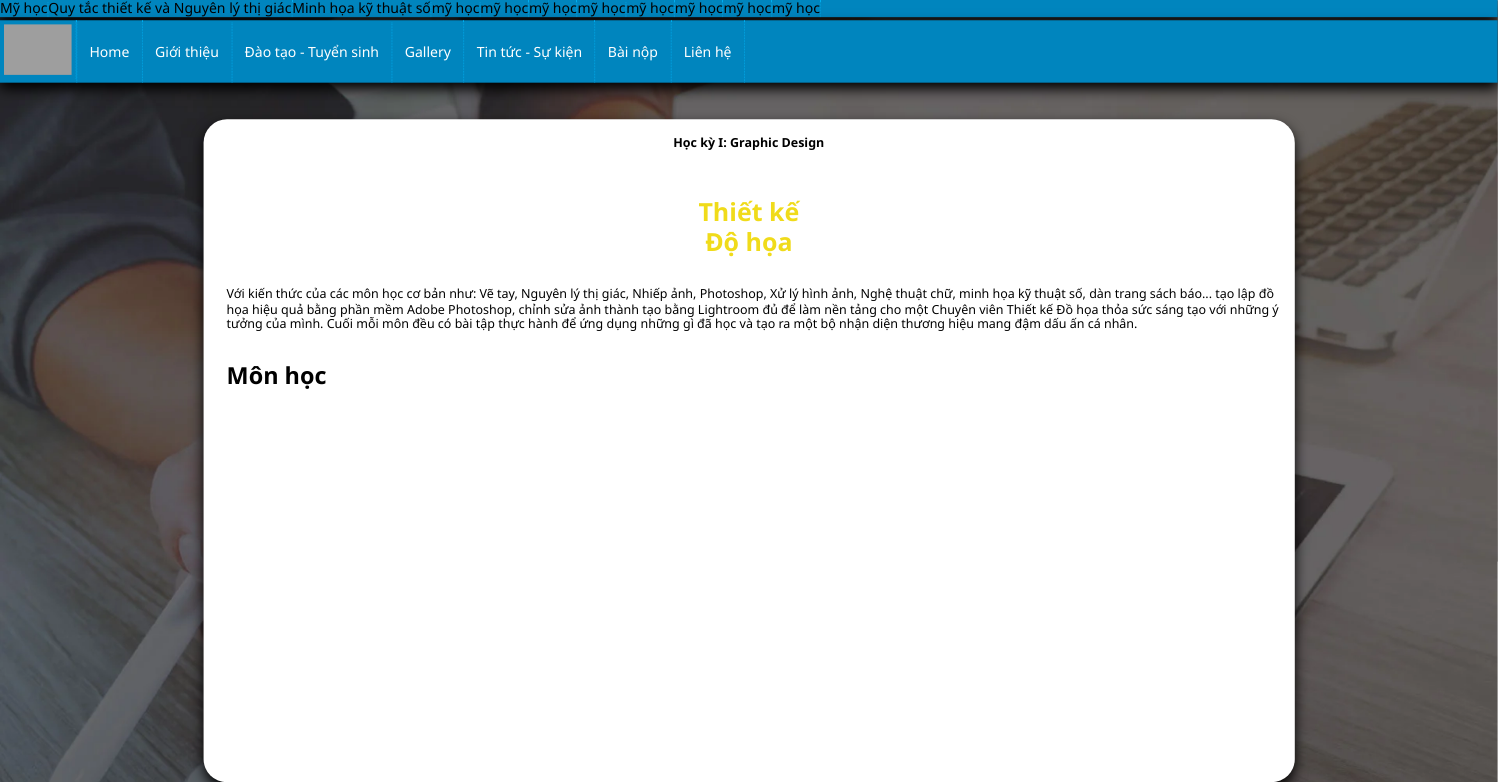
Repository: arena-dttan/dcw-final-exam-d2107m1
Page: final-list/DCW_Final_5_Nguyen-Thi-Thu-Huong_D2107M1/chuong-trinh-dao-tao.html
These files come from the project's save history. The page is drawn as it stood at one moment and after a run of saves; the edit follows.
The browser window is 1280 px wide. The page is 1920 px wide, so the pictures cover 1920 px, including what lies to the right of the window. The pictures show the whole page, at 78% of full size.
Pictures or frames that could not be fetched are drawn as grey boxes.

Above is the page before, as saved 2022-06-26 19:56:14.

After the next 3 saves:
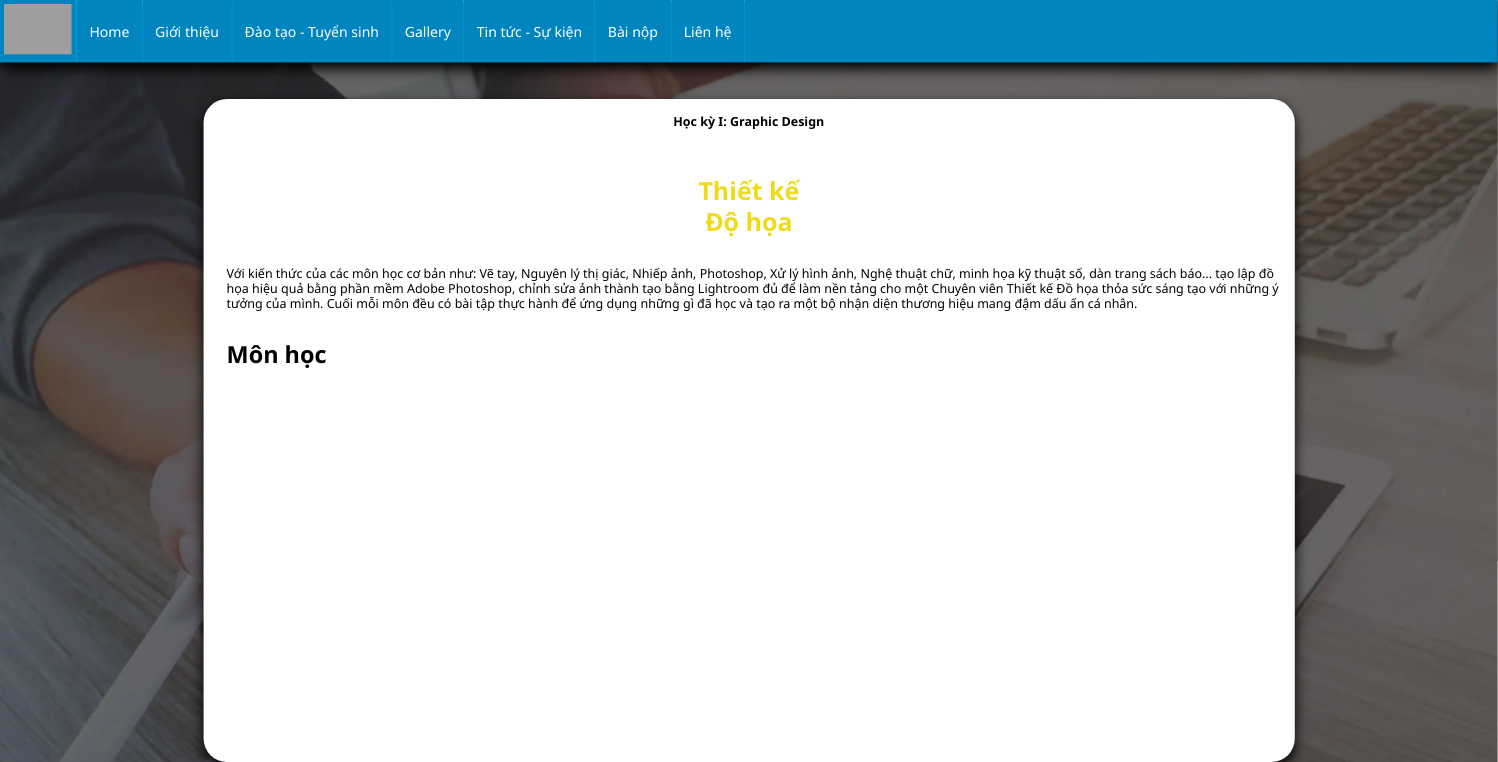
The 3 saves are shown as one change because they came seconds apart.
The last was saved 17 s later.
--- a/final-list/DCW_Final_5_Nguyen-Thi-Thu-Huong_D2107M1/chuong-trinh-dao-tao.html
+++ b/final-list/DCW_Final_5_Nguyen-Thi-Thu-Huong_D2107M1/chuong-trinh-dao-tao.html
@@ -31,19 +31,7 @@
 
 
     <div id="main-menu">
-        <ul id="a">
-        <li>Mỹ học</li>
-        <li>Quy tắc thiết kế và Nguyên lý thị giác</li>
-        <li>Minh họa kỹ thuật số</li>
-        <li>mỹ học</li>
-        <li>mỹ học</li>
-        <li>mỹ học</li>
-        <li>mỹ học</li>
-        <li>mỹ học</li>
-        <li>mỹ học</li>
-        <li>mỹ học</li>
-        <li>mỹ học</li>
-       </ul>
+
 
         <ul class="menu">
             <li ><img style="height: 65px; margin: 5px;;" src="images/logo.webp" alt="logo"> </li>
